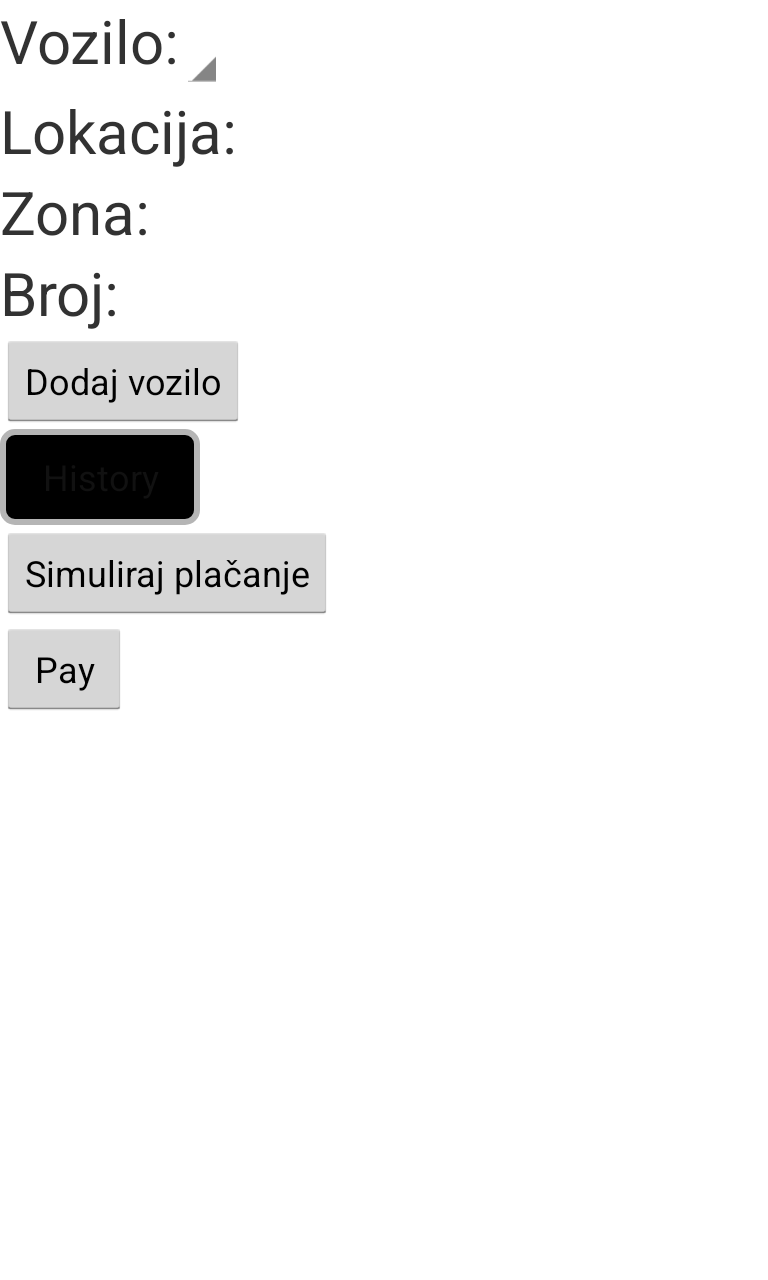
Repository: Kondorcom/GPS_parking
Layout: GPSParking/res/layout/activity_main.xml
These files come from the project's save history. The layout is drawn as it stood at one moment and after the next save; the edit follows.
It is drawn on a 768 x 1280 px phone screen (xhdpi) without system bars, with theme AppTheme; the app's code is not run. The app's manifest (not shown) leaves right-to-left support off. So textAlignment, textDirection and layoutDirection are ignored, and left and right values win over start and end ones.

Above is the layout before, as saved 2016-05-16 10:57:23.

### GPSParking/res/layout/activity_main.xml
<LinearLayout xmlns:android="http://schemas.android.com/apk/res/android"
    xmlns:tools="http://schemas.android.com/tools"
    android:layout_width="match_parent"
    android:layout_height="match_parent"
    android:layout_margin="10dp"
    android:orientation="vertical" >

    <LinearLayout
        android:layout_width="match_parent"
        android:gravity="start"
        android:layout_height="wrap_content" >

        <TextView
            android:id="@+id/textView1"
            android:layout_width="wrap_content"
            android:layout_height="wrap_content"
            android:text="Vozilo:"
            android:textSize="30sp" />

        <Spinner
            android:id="@+id/spinner1"
            android:layout_width="wrap_content"
            android:layout_height="45dp" />
    </LinearLayout>

    <LinearLayout
        android:id="@+id/LinearLayout4"
        android:layout_width="match_parent"
        android:layout_height="wrap_content" >

        <TextView
            android:id="@+id/textView2"
            android:layout_width="wrap_content"
            android:layout_height="wrap_content"
            android:text="@string/lokacija"
            android:textSize="30sp" />

        <TextView
            android:id="@+id/textView4"
            android:layout_width="wrap_content"
            android:layout_height="wrap_content"
            android:layout_marginStart="10dp"
            android:layout_weight="0.04"
            android:text=""
            android:textSize="30sp" />

    </LinearLayout>

    <LinearLayout
        android:layout_width="match_parent"
        android:layout_height="wrap_content" >

        <TextView
            android:id="@+id/textView3"
            android:layout_width="wrap_content"
            android:layout_height="wrap_content"
            android:text="@string/zona"
            android:textSize="30sp" />

        <TextView
            android:id="@+id/textView5"
            android:layout_width="wrap_content"
            android:layout_height="wrap_content"
            android:layout_marginLeft="20dp"

            android:text=""
            android:textSize="30sp" />

    </LinearLayout>

    <LinearLayout
        android:layout_width="match_parent"
        android:layout_height="wrap_content" >

        <LinearLayout
            android:layout_width="wrap_content"
            android:layout_height="match_parent" >

            <TextView
                android:id="@+id/textView6"
                android:layout_width="wrap_content"
                android:layout_height="wrap_content"
                android:text="@string/broj"
                android:textSize="30sp" />
        </LinearLayout>

        <TextView
            android:id="@+id/textView7"
            android:layout_width="wrap_content"
            android:layout_height="wrap_content"
            android:text=""
            android:textSize="30sp" />
    </LinearLayout>

    <LinearLayout
        android:layout_width="match_parent"
        android:layout_height="wrap_content" >

        <Button
            android:id="@+id/button5"
            android:layout_width="wrap_content"
            android:layout_height="wrap_content"
            android:text="@string/addVozilo2"
            android:onClick="gotoDodaj"
             />

    </LinearLayout>

    <LinearLayout
        android:layout_width="match_parent"
        android:layout_height="wrap_content"
        android:orientation="vertical" >

        <Button
            android:id="@+id/button2"
            android:layout_width="wrap_content"
            android:layout_height="wrap_content"
            android:onClick="gotoHistory"
            android:text="@string/history"
            android:textColor="#111111"
             android:background="@drawable/btn_shape" />
    </LinearLayout>


    <Button
        android:id="@+id/button4"
        android:layout_width="wrap_content"
        android:layout_height="wrap_content"


        android:text="@string/update" />

    <LinearLayout
        android:layout_width="match_parent"
        android:layout_height="wrap_content"
        android:orientation="vertical" >

        <Button
            android:id="@+id/button3"
            android:layout_width="wrap_content"
            android:layout_height="wrap_content"
            android:text="@string/pay" />

    </LinearLayout>

</LinearLayout>

### GPSParking/res/values/strings.xml
<?xml version="1.0" encoding="utf-8"?>
<resources>

    <string name="app_name">GPS Parking</string>
    <string name="hello_world">Hello world!</string>
    <string name="action_settings">Settings</string>
    <string name="lokacija">Lokacija:</string>
    <string name="Plus">+</string>
    <string name="addVozilo">Ime vozila</string>
    <string name="addTablica">Registracija</string>
    <string name="addVozilo2">Dodaj vozilo</string>
    <string name="history">History</string>
    <string name="update">Simuliraj plačanje</string>
    <string name="pay">Pay</string>
    <string name="zona">Zona:</string>
    <string name="broj">Broj:</string>
    <string name="title_activity_vozilo">VoziloActivity</string>
    <string name="Vehicle">Vehicle</string>
    <string name="Plate">Plate</string>
    <string name="City">City</string>
    <string name="Zone">Zone</string>
    <string name="Date">Date</string>
    <string name="Time">Time</string>
    <string name="hint_vehicle">Vehicle name</string>
    <string name="hint_registration">Registration</string>

</resources>

### GPSParking/res/drawable/btn_shape.xml
<?xml version="1.0" encoding="utf-8"?>

<shape xmlns:android="http://schemas.android.com/apk/res/android" android:shape="rectangle" >
<corners
android:radius="6dp"
/>
<solid
android:color="#000000"
/>
<padding
android:left="0dp"
android:top="0dp"
android:right="0dp"
android:bottom="0dp"
/>
<size
android:width="100dp"
android:height="40dp"
/>
<stroke
android:width="3dp"
android:color="#B5B5B5"
/>
</shape>

Loaded but not shown: GPSParking/res/values/styles.xml (common file); GPSParking/res/values-v11/styles.xml (common file); GPSParking/res/values-v14/styles.xml (common file)

After the next save:
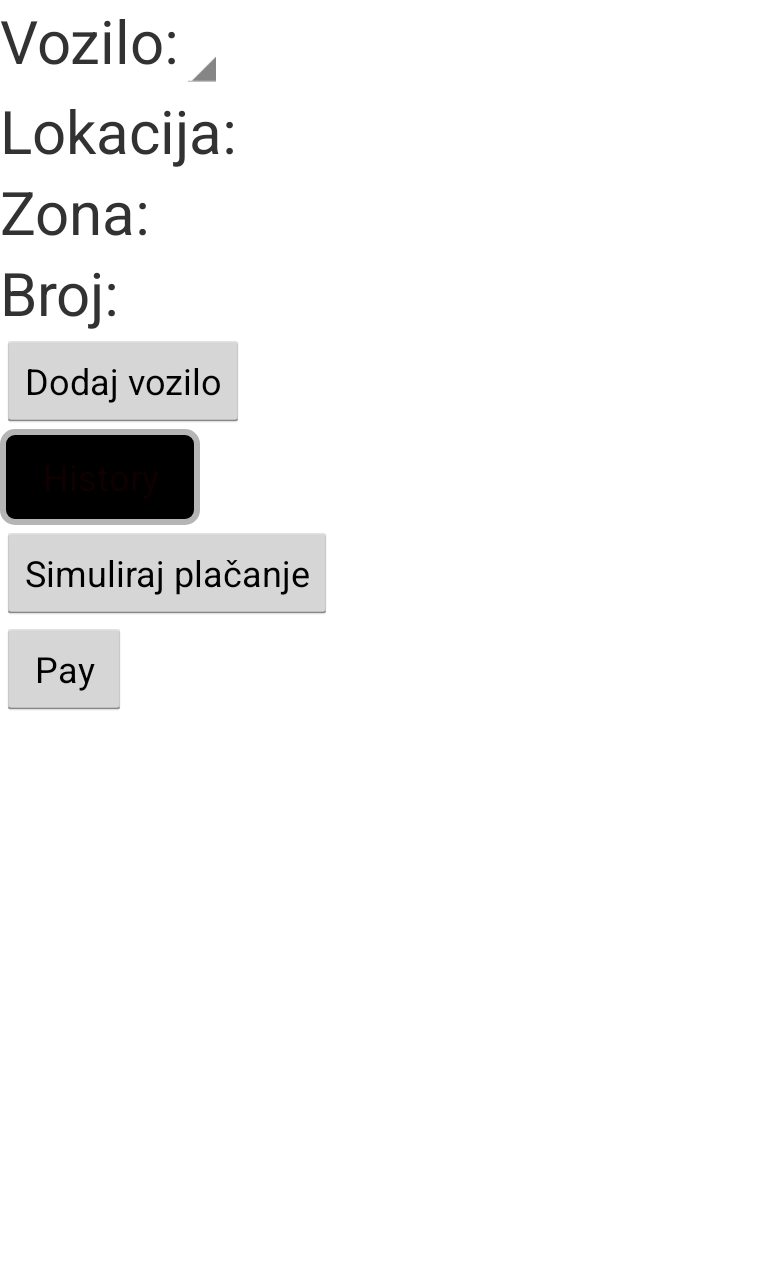
Saved 14 s later.
--- a/GPSParking/res/layout/activity_main.xml
+++ b/GPSParking/res/layout/activity_main.xml
@@ -117,7 +117,7 @@
             android:layout_height="wrap_content"
             android:onClick="gotoHistory"
             android:text="@string/history"
-            android:textColor="#111111"
+            android:textColor="#100000"
              android:background="@drawable/btn_shape" />
     </LinearLayout>
 
